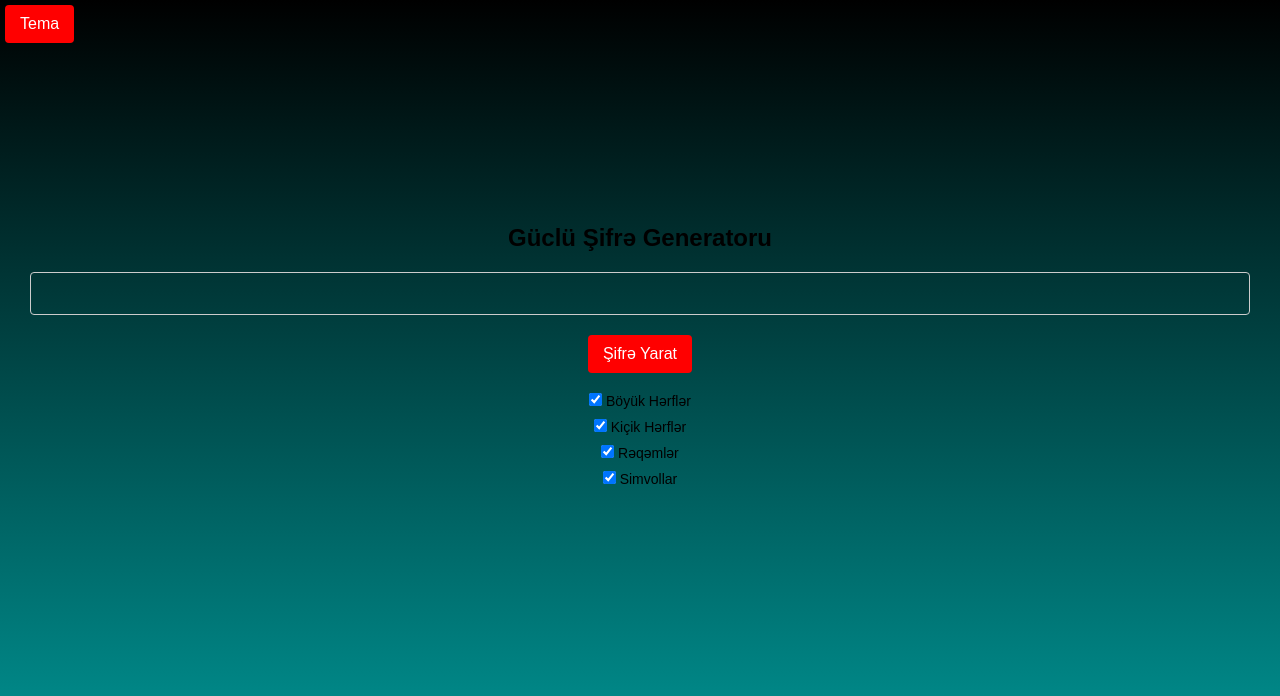
Repository: ferhadsultan98/pass-generator
Page: pass.html
An editor plug-in stored every save of this project. The page is shown before and after the next save, followed by the edit.
The browser window is 1280 px wide. The pictures show the whole page.

Above is the page before, as saved 2025-03-04 12:07:39.

### pass.html
<!DOCTYPE html>
<html lang="az">
<head>
  <meta charset="UTF-8">
  <meta name="viewport" content="width=device-width, initial-scale=1.0">
  <title>Güclü Şifrə Generatoru</title>
<style>
    * {
  margin: 0;
  padding: 0;
  box-sizing: border-box;
}

body {
  font-family: Arial, sans-serif;
  height: 100vh;
  display: flex;
  justify-content: center;
  align-items: center;
  background: linear-gradient(to top, darkcyan, black);
  transition: background-color 0.3s, color 0.3s;
}

body.dark-mode {
  background-color: #333;
  color: #f4f4f9;
}

.container {
  padding: 30px;
  border-radius: 8px;

  text-align: center;
  width: 100%;
}

body.dark-mode .container {
  background-color: red;
  box-shadow: 0 4px 6px rgba(0, 0, 0, 0.3);
}

h1 {
  margin-bottom: 20px;
  font-size: 24px;
}

#password {
  width: 100%;
  padding: 10px;
  font-size: 18px;
  margin-bottom: 20px;
  border: 1px solid #ccc;
  border-radius: 4px;
  outline: none;
  text-align: center;
  background: none;
}

button {
  padding: 10px 15px;
  font-size: 16px;
  background-color: red;
  color: white;
  border: none;
  border-radius: 4px;
  cursor: pointer;
}

button:hover {
  background-color: red;
}

.options {
  margin-top: 20px;
  text-align: center;
}

label {
  display: block;
  margin-bottom: 10px;
  font-size: 14px;
}

.theme-switch {
left: 5px;
top: 5px;
  position: absolute;
}

body.dark-mode .theme-switch label {
  color: #fff;
}

/* Responsiveness */
@media (max-width: 500px) {
  .container {
    padding: 20px;
  }

  h1 {
    font-size: 20px;
  }

  button {
    font-size: 14px;
  }
}

</style>
</head>
<body>
  <div class="container">
    <h1>Güclü Şifrə Generatoru</h1>
    <input type="text" id="password" readonly>
    <button onclick="generatePassword()">Şifrə Yarat</button>

    <div class="options">
      <label>
        <input type="checkbox" id="includeUppercase" checked>
        Böyük Hərflər
      </label>
      <label>
        <input type="checkbox" id="includeLowercase" checked>
        Kiçik Hərflər
      </label>
      <label>
        <input type="checkbox" id="includeNumbers" checked>
        Rəqəmlər
      </label>
      <label>
        <input type="checkbox" id="includeSymbols" checked>
        Simvollar
      </label>
    </div>

    <div class="theme-switch">
        <button id="themeToggle"  onchange="toggleTheme()">Tema</button>
    </div>
  </div>

<script>
    // Şifrə yaratma funksiyası
function generatePassword() {
  const length = 12; // Şifrə uzunluğu
  const includeUppercase = document.getElementById('includeUppercase').checked;
  const includeLowercase = document.getElementById('includeLowercase').checked;
  const includeNumbers = document.getElementById('includeNumbers').checked;
  const includeSymbols = document.getElementById('includeSymbols').checked;

  let characters = '';
  if (includeUppercase) characters += 'ABCDEFGHIJKLMNOPQRSTUVWXYZ';
  if (includeLowercase) characters += 'abcdefghijklmnopqrstuvwxyz';
  if (includeNumbers) characters += '0123456789';
  if (includeSymbols) characters += '!@#$%^&*()-_=+[]{}|;:,.<>?/';

  if (characters === '') {
    alert('Ən az bir seçim etməlisiniz!');
    return;
  }

  let password = '';
  for (let i = 0; i < length; i++) {
    password += characters.charAt(Math.floor(Math.random() * characters.length));
  }

  document.getElementById('password').value = password;
}

// Tema dəyişdirmə funksiyası
function toggleTheme() {
  const themeToggle = document.getElementById('themeToggle');
  if (themeToggle.checked) {
    document.body.classList.add('dark-mode');
  } else {
    document.body.classList.remove('dark-mode');
  }
}

</script>
</body>
</html>

After the next save:
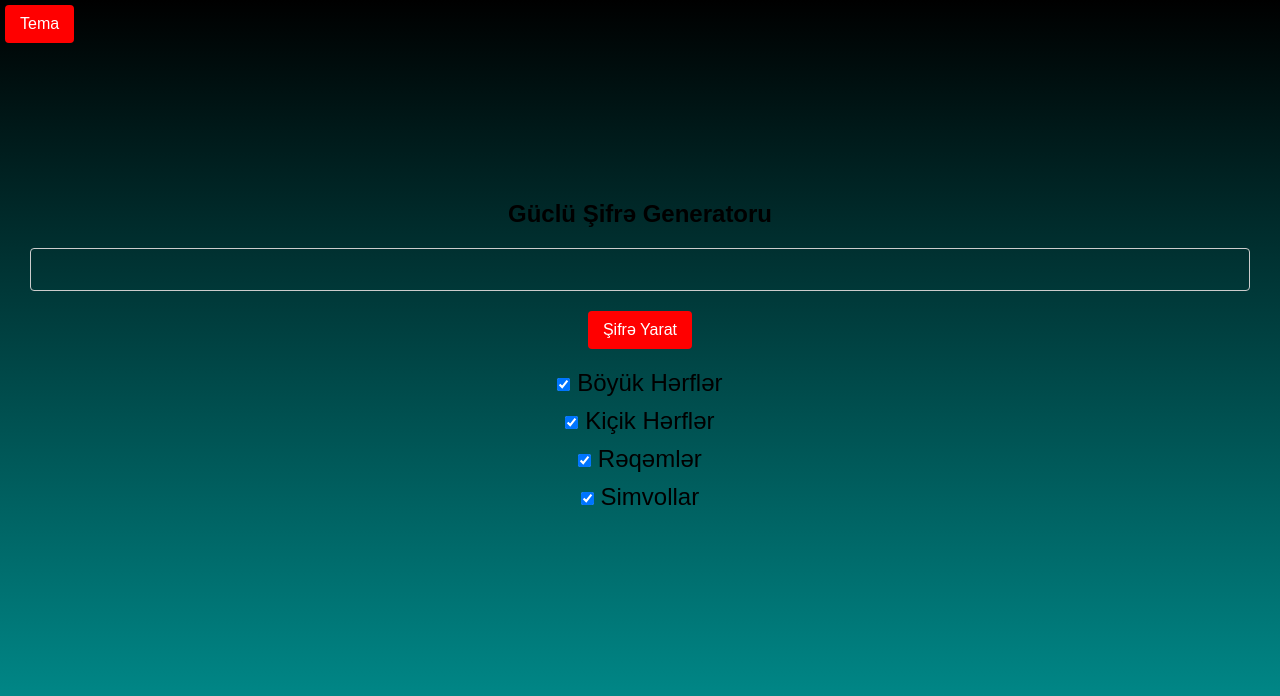
Saved 9 s later.
--- a/pass.html
+++ b/pass.html
@@ -78,7 +78,7 @@ button:hover {
 label {
   display: block;
   margin-bottom: 10px;
-  font-size: 14px;
+  font-size: 24px;
 }
 
 .theme-switch {
